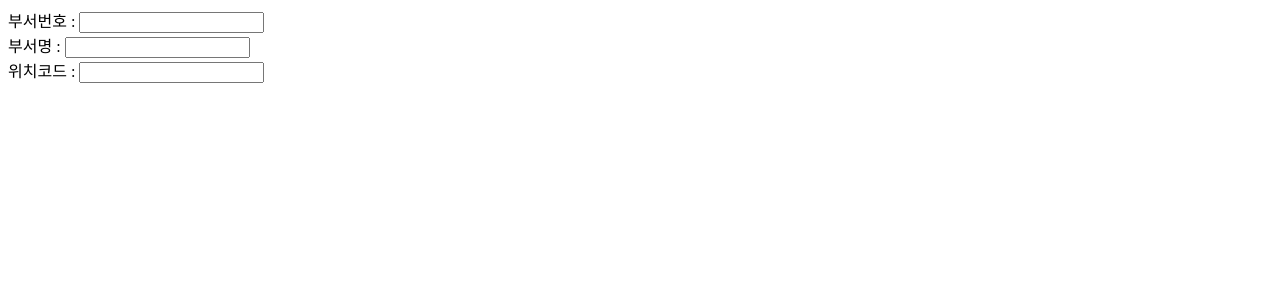
Repository: SuYOUNGgg/JavaStudy
Page: http://localhost/TestWeb13/insert.jsp
An editor plug-in stored every save of this project. The page is shown before and after the next save, followed by the edit.
The browser window is 1280 px wide. The pictures show the whole page.
The page is served by Tomcat 9.

Above is the page before, as saved 2020-05-19 06:27:22.

### JavaProgramming/~0520/TestWeb13/WebContent/insert.jsp
<%@ page language="java" contentType="text/html; charset=UTF-8"
    pageEncoding="UTF-8"%>
<!DOCTYPE html PUBLIC "-//W3C//DTD HTML 4.01 Transitional//EN" "http://www.w3.org/TR/html4/loose.dtd">
<html>
<head>
<meta http-equiv="Content-Type" content="text/html; charset=UTF-8">
<title>Insert title here</title>
</head>
<body>
<form aciont="insertProcess.jsp" method="get">
부서번호 : <input type="text" name="dept_id"><br>
부서명 : <input type="text" name="dept_id"><br>
위치코드 : <input type="text" name="dept_id"><br>
</form>
</body>
</html>

After the next save:
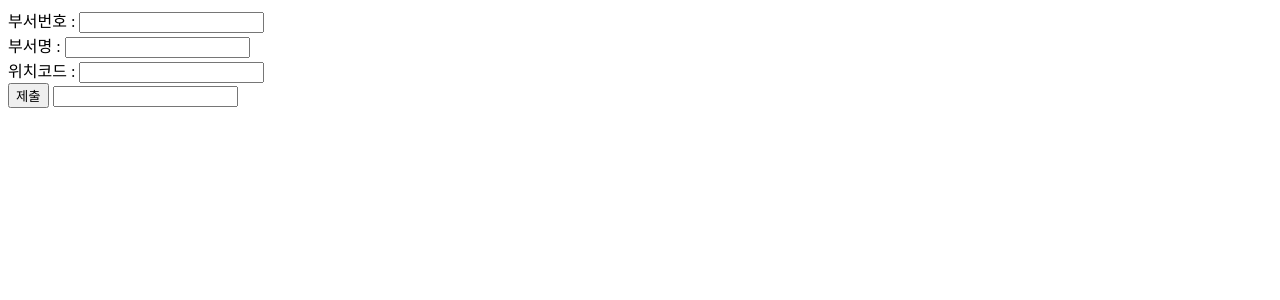
Saved 67 s later.
--- a/JavaProgramming/~0520/TestWeb13/WebContent/insert.jsp
+++ b/JavaProgramming/~0520/TestWeb13/WebContent/insert.jsp
@@ -11,6 +11,8 @@
 부서번호 : <input type="text" name="dept_id"><br>
 부서명 : <input type="text" name="dept_id"><br>
 위치코드 : <input type="text" name="dept_id"><br>
+<input type="submit" value="제출">
+<input type="" name="취소">
 </form>
 </body>
 </html>
